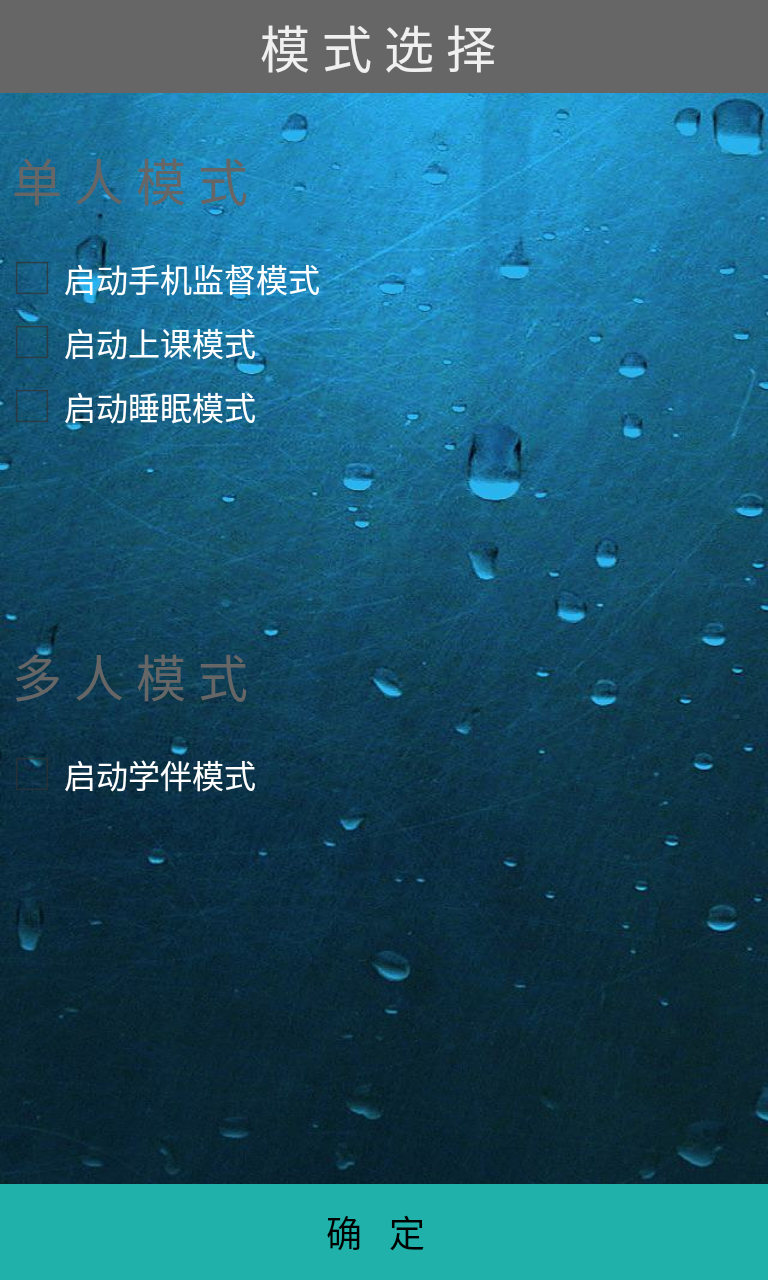
Repository: 17390089054/android
Layout: learning/res/layout/activity_second.xml
The author's editor kept a copy of each file at every save. The layout is drawn from the files as they stood at one save, then again after the next save.
It is drawn on a 768 x 1280 px phone screen (xhdpi) without system bars, with theme AppTheme; the app's code is not run.

Above is the layout before, as saved 2018-05-01 14:17:57.

After the next save:
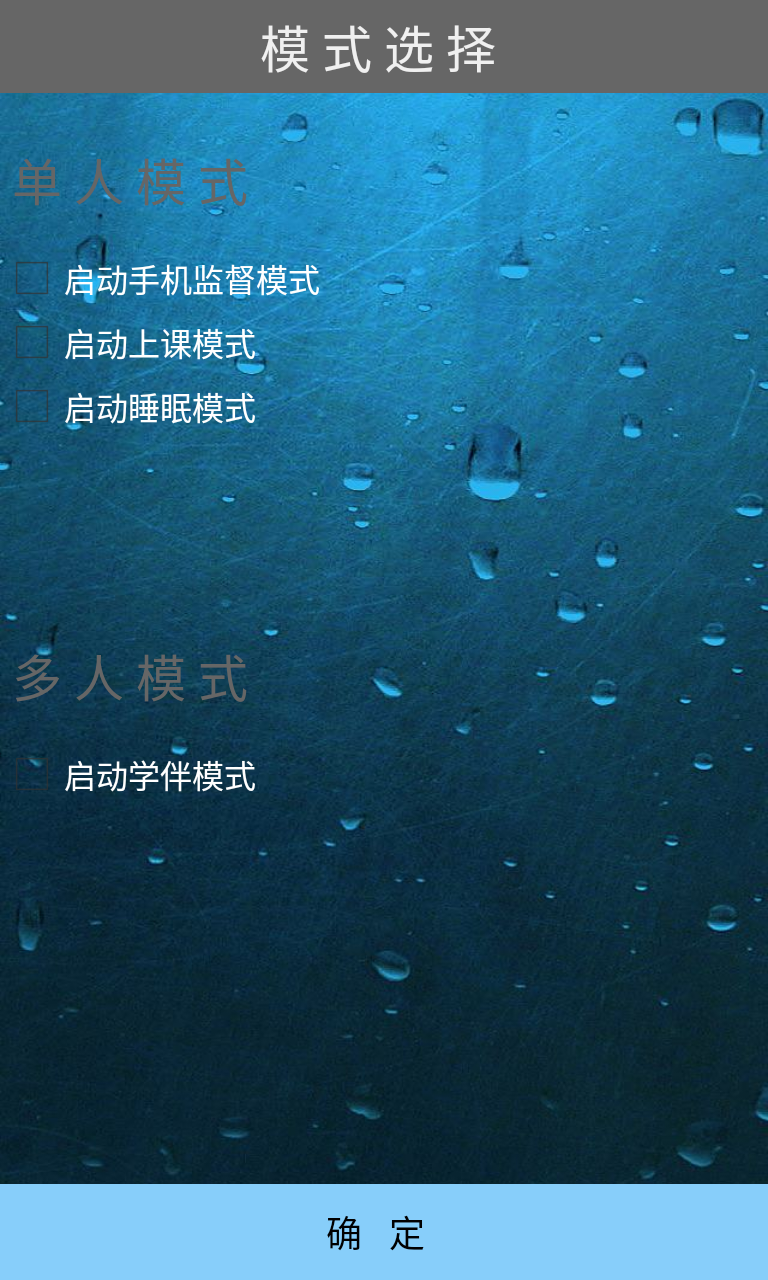
Saved 17 s later.
--- a/learning/res/layout/activity_second.xml
+++ b/learning/res/layout/activity_second.xml
@@ -74,7 +74,7 @@
 	    android:layout_width="match_parent"
 	    android:layout_height="wrap_content"
 	    android:padding="2dp"
-	    android:background="#20b2aa"
+	    android:background="#87cefa"
 	    android:text=" 确   定   "
 	    />
 </LinearLayout>
